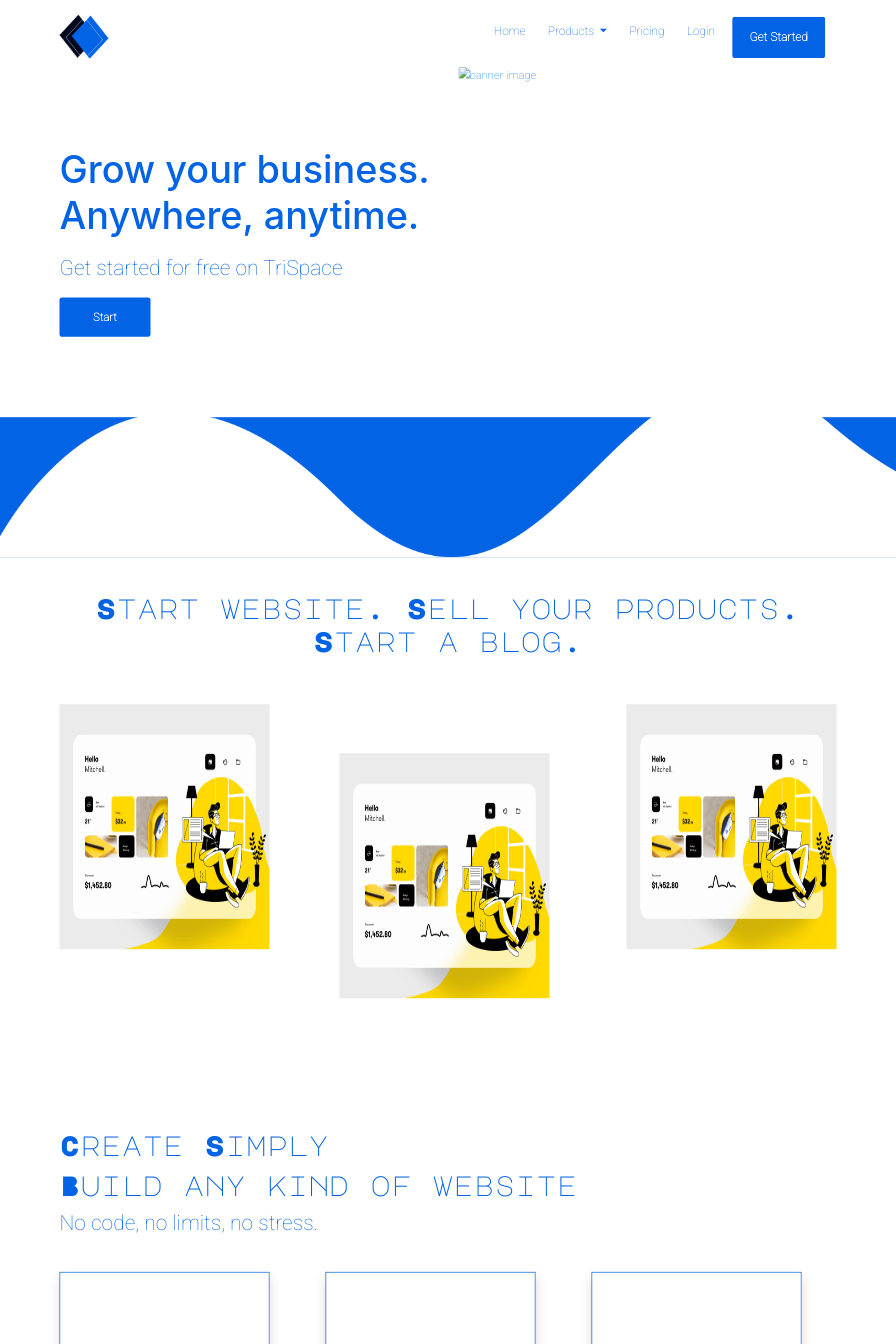
Repository: latenightsnacc/TriSpace
Page: HTML/index.html
An editor plug-in stored every save of this project. The page is shown before and after the next save, followed by the edit.
The browser window is 1280 px wide. The pictures show the part of the page from y = 0 to 1920 px (the page is 5158 px tall), at 70% of full size.
The style sheet was rebuilt from its Sass, Less or Tailwind sources for each picture, by a compiler version that may differ from the author's.

Above is the page before, as saved 2020-11-12 11:09:45.

### HTML/index.html
<!DOCTYPE html>
<html lang="en">
<head>
    <meta charset="UTF-8">
    <meta name="viewport" content="width=device-width, initial-scale=1.0">
    <!--Tailwind CDN-->
    <link rel="stylesheet" href="https://cdnjs.cloudflare.com/ajax/libs/tailwindcss/1.9.6/base.min.css" integrity="sha512-hEjkvMSM0ql6VJcNK0gTmjt9ar8F2yHeBUbJKtyvQhkkbGMhiJ4+MaiB8XxsthLAHJx5vy2I9dN0un8HiWG2LA==" crossorigin="anonymous" />
    <link rel="stylesheet" href="https://cdnjs.cloudflare.com/ajax/libs/tailwindcss/1.9.6/components.min.css" integrity="sha512-TizAONqhvXjEfRPhptSUkZNVU497PzAnXNGNUoeOjeni4dHpJ+ak+ZsyoGna20LH/yg1PvdufN1VbnVQeVDftg==" crossorigin="anonymous" />
    <link rel="stylesheet" href="https://cdnjs.cloudflare.com/ajax/libs/tailwindcss/1.9.6/tailwind.css" integrity="sha512-HY1FOTeAX9idUBWDhVDrBg8QUHBisKVQ4BCVj1jFo5z76mk87w4Rr5YGP8nBkcGmoMzqYvdeXHMOg/olF45z3g==" crossorigin="anonymous" />
    <link rel="stylesheet" href="https://cdnjs.cloudflare.com/ajax/libs/tailwindcss/1.9.6/utilities.min.css" integrity="sha512-0QJfuLKyYJWGB5hKArJW67xqMLDlR8YaLM/ZuW2mRn4NRwHNsGm7UuREc5Fu7jONHyewPKnGODY0N8G+FQbfxg==" crossorigin="anonymous" />
    <!--Bootstrap CDN-->
    <link rel="stylesheet" href="https://cdn.jsdelivr.net/npm/bootstrap@4.5.3/dist/css/bootstrap.min.css" integrity="sha384-TX8t27EcRE3e/ihU7zmQxVncDAy5uIKz4rEkgIXeMed4M0jlfIDPvg6uqKI2xXr2" crossorigin="anonymous">
    <!--Custom Stylesheet-->
    <link rel="stylesheet" href="styles/stylesheet.css">
    <!--Favicon-->
    <link rel="shortcut icon" href="assets/Logo/TriSpaceIcon.png" type="image/x-icon">
    <title>Home</title>
</head>
<body class="mx-auto">
    <!--PreLoader-->
    <div class="loader_bg">
        <div class="loader"></div>
    </div>
    <!--End of PreLoader-->
    <!--Navbar-->
    <nav class="navbar navbar-expand-lg navbar-light fixed-top p-3 mb-5 bg-white rounded" id="navbar">
        <div class="container align-middle">
            <a class="navbar-brand" href="#">
                <img src="assets/Logo/TriSpaceMobileLogo1.png" alt="TriSpace Logo" height="40px" width="70px"/>
            </a>
            <button class="navbar-toggler" type="button" data-toggle="collapse" data-target="#navbarNavDropdown" aria-controls="navbarNavDropdown" aria-expanded="false" aria-label="Toggle navigation">
              <span class="navbar-toggler-icon"></span>
            </button>
            <div class="collapse navbar-collapse" id="navbarNavDropdown">
              <ul class="navbar-nav nav-menu ml-auto align-middle">
                <li class="nav-item active mr-3">
                  <a class="nav-link" href="#">Home</a>
                </li>
                <li class="nav-item dropdown mr-3">
                    <a class="nav-link dropdown-toggle" href="#" id="navbarDropdownMenuLink" role="button" data-toggle="dropdown" aria-haspopup="true" aria-expanded="false">
                      Products
                    </a>
                    <div class="dropdown-menu" aria-labelledby="navbarDropdownMenuLink">
                      <a class="dropdown-item" href="#">Blog</a>
                      <a class="dropdown-item" href="#">Website</a>
                      <a class="dropdown-item" href="#">E-commerce</a>
                      <a class="dropdown-item" href="#">Domain</a>
                      <a class="dropdown-item" href="#">Hosting</a>
                    </div>
                  </li>
                <li class="nav-item mr-3">
                  <a class="nav-link" href="#">Pricing</a>
                </li>
                <li class="nav-item mr-3">
                    <a class="nav-link" href="#">Login</a>
                </li>
                <li class="nav-item mr-3">
                    <a class="nav-link btn blue text-white px-4 py-3 hover:shadow-2xl" href="#">Get Started</a>
                </li>
              </ul>
            </div>
        </div>
    </nav>


    <!-- End of Navbar-->


    <!--Banner-->
    <section class="min-h-screen  mt-5" id="banner">
        <div class="container">
            <div class="row pt-5">
                <!--Banner Text-->
                <div class="col-xs-12 col-s-12 col-md-6 col-lg-6 col-xl-6">
                    <div class="text-box banner-txt">
                        <h1 class="">Grow your business.<br/> Anywhere, anytime.</h1>
                        <h5 class="span-title py-3 text-2l">Get started for free on TriSpace</h5>
                        <button class="blue hover:bg-blue-500 text-white font-bold py-3 px-5 rounded">Start</button>
                    </div>
                </div>
                <!--Banner Image-->
                <div class="col-xs-12 col-s-12 col-md-6 col-lg-6 col-xl-6">
                    <a href="#">
                        <img class="banner-img" src="" alt="banner image"/>
                    </a>
                </div>
            </div>
        </div>
        <!--Wave-->
        <section id="wave" class="wave"></section>
        <section></section>
    </section>

     <!--Services-->
    <section class="min-h-screen mt-5 mb-5" id="services">
        <div class="container">
            <div class="absolute-box">
                <div class="title-box text-center mb-5">
                    <h2 class="section-title pb-5">Start <span class="section-title">website. </span><span class="color">Sell your products.</span><br/><span class="color">Start a blog.</span> </h2>
                </div>
                <div class="images">
                    <div class="img-1 ">
                        <a href="#">
                            <img src="assets/Template-1.jpg" alt="Build a website" />
                        </a>
                    </div>
                    <div class="img-2 motion-reduce:animate-bounce">
                        <a href="#">
                            <img src="assets/Template-1.jpg" alt="Build a website" />
                        </a>
                    </div>
                    <div class="img-3">
                        <a href="#">
                            <img src="assets/Template-1.jpg" alt="Build a website" />
                        </a>
                    </div>
                </div>
            </div>
        </div>
    </section>
    <!--End of Services-->

    <!--Templates-->
    <section class="min-h-screen mt-5 mb-5" id="templates">
        <div class="container">
            <div class="title-box mb-5">
                <h2 class="section-title">Create Simply </h2>
                <h4 class="section-title">Build any kind of website</h4>
                <p class="span-title">No code, no limits, no stress.</p>
            </div>
            <div class="row">
                <div class="col-xs-12 col-s-12 col-md-6 col-lg-4 col-xl-4">
                    <div class="clear-box"></div>
                </div>
                <div class="col-xs-12 col-s-12 col-md-6 col-lg-4 col-xl-4">
                    <div class="clear-box"></div>
                </div>
                <div class="col-xs-12 col-s-12 col-md-6 col-lg-4 col-xl-4">
                    <div class="clear-box"></div>
                </div>
                <div class="col-xs-12 col-s-12 col-md-6 col-lg-4 col-xl-4 mt-5">
                    <div class="clear-box"></div>
                </div>
                <div class="col-xs-12 col-s-12 col-md-6 col-lg-4 col-xl-4 mt-5">
                    <div class="clear-box"></div>
                </div>
                <div class="col-xs-12 col-s-12 col-md-6 col-lg-4 col-xl-4 mt-5">
                    <div class="clear-box"></div>
                </div>
            </div>
        </div>
    </section>
    <!--End of Themes-->

    <!--Themes-->
    <section class="min-h-screen mt-5 mb-5" id="themes">
        <div class="container">
            <div class="title-box">
                <h2 class="section-title">Stand Out <span class="text-4xl span-title">with our responsive professionally designed themes.</h2>
            </div>
            <div class="row">
                <div class="col-xs-12 col-s-12 col-md-6 col-lg-6 col-xl-6">
                    <div id="clr1" class="text-center mt-5">
                    </div>
                </div>
                <div class="col-xs-12 col-s-12 col-md-6 col-lg-6 col-xl-6">
                    <div class="row flex-wrap">
                        <div class="col-xs-12 col-s-12 col-md-12 col-lg-12 col-xl-12">
                            <div id="clr2" class="mt-5">

                            </div>
                        </div>
                        <div class="col-xs-12 col-s-12 col-md-12 col-lg-12 col-xl-12">
                            <div id="clr3">

                            </div>
                        </div>
                    </div>
                </div>
            </div>
        </div>
    </section>
    <!--End of Themes-->

    <section class="min-h-screen mt-5 mb-5" id="services">
        <div class="container">
            <div class="title-box mb-5">
                <h2 class="section-title">We've got you covered.</h2>
                <p>Your website is just the beginning.</p>
            </div>
            <div class="row">
                <div class="col-xs-12 col-s-12 col-md-6 col-lg-6 col-xl-6 bg-blue-500">
                    <div class="clear-box mt-5 mb-5">
                        <h3 class="text-center pt-5">Real support from real people.</h3>
                    </div>
                </div>
                <div class="col-xs-12 col-s-12 col-md-6 col-lg-6 col-xl-6 bg-yellow-500">
                    <div class="clear-box mt-5 mb-5">
                        <h3 class="text-center pt-5">Domain to suit your needs.</h3>
                    </div>
                </div>
                <div class="col-xs-12 col-s-12 col-md-6 col-lg-6 col-xl-6 bg-red-500">
                    <div class="clear-box mt-5 mb-5">
                        <h3 class="text-center pt-5">Plans for everyone</h3>
                    </div>
                </div>
                <div class="col-xs-12 col-s-12 col-md-6 col-lg-6 col-xl-6 bg-blue-300">
                    <div class="clear-box mt-5 mb-5">
                        <h3 class="text-center pt-5">Security Security Security</h3>
                    </div>
                </div>
            </div>
        </div>
    </section>
    <section class="min-h-screen mb-5 " id="pricing">
        <div class="container">
            <div class="title-box mb-5">
                <h2 class="section-title">Start Free </h2>
                <h5> Grow at your own pace.</h5>
            </div>
            <div class="row">
                <div class="col-xs-12 col-s-12 col-md-3 col-lg-3 col-xl-3">
                    <div class="max-w-sm rounded overflow-hidden shadow-lg mb-5 border-2 border-blue-400 price-card">
                        <div class="px-6 py-4">
                          <div class="font-bold text-xl mb-2">Free</div>
                          <p class="text-gray-700 text-base">
                            Lorem ipsum dolor sit amet, consectetur adipisicing elit. Voluptatibus quia, nulla! Maiores et perferendis eaque, exercitationem praesentium nihil.
                          </p>
                        </div>
                        <div class="px-6 pt-4 pb-2">
                          <span class="inline-block bg-gray-200 rounded-full px-3 py-1 text-sm font-semibold text-gray-700 mr-2 mb-2">#photography</span>
                          <span class="inline-block bg-gray-200 rounded-full px-3 py-1 text-sm font-semibold text-gray-700 mr-2 mb-2">#travel</span>
                          <span class="inline-block bg-gray-200 rounded-full px-3 py-1 text-sm font-semibold text-gray-700 mr-2 mb-2">#winter</span>
                        </div>
                      </div>
                </div>
                <div class="col-xs-12 col-s-12 col-md-3 col-lg-3 col-xl-3">
                    <div class="max-w-sm rounded overflow-hidden shadow-md mb-5 border-2 border-blue-400 price-card transition ease-out duration-700 ...">
                        <div class="px-6 py-4">
                          <div class="font-bold text-xl mb-2">The Coldest Sunset</div>
                          <p class="text-gray-700 text-base">
                            Lorem ipsum dolor sit amet, consectetur adipisicing elit. Voluptatibus quia, nulla! Maiores et perferendis eaque, exercitationem praesentium nihil.
                          </p>
                        </div>
                        <div class="px-6 pt-4 pb-2">
                          <span class="inline-block bg-gray-200 rounded-full px-3 py-1 text-sm font-semibold text-gray-700 mr-2 mb-2">#photography</span>
                          <span class="inline-block bg-gray-200 rounded-full px-3 py-1 text-sm font-semibold text-gray-700 mr-2 mb-2">#travel</span>
                          <span class="inline-block bg-gray-200 rounded-full px-3 py-1 text-sm font-semibold text-gray-700 mr-2 mb-2">#winter</span>
                        </div>
                      </div>
                </div>
                <div class="col-xs-12 col-s-12 col-md-3 col-lg-3 col-xl-3">
                    <div class="max-w-sm rounded overflow-hidden shadow-md mb-5 border-2 border-blue-400 price-card" >
                        <div class="px-6 py-4">
                          <div class="font-bold text-xl mb-2">The Coldest Sunset</div>
                          <p class="text-gray-700 text-base">
                            Lorem ipsum dolor sit amet, consectetur adipisicing elit. Voluptatibus quia, nulla! Maiores et perferendis eaque, exercitationem praesentium nihil.
                          </p>
                        </div>
                        <div class="px-6 pt-4 pb-2">
                          <span class="inline-block bg-gray-200 rounded-full px-3 py-1 text-sm font-semibold text-gray-700 mr-2 mb-2">#photography</span>
                          <span class="inline-block bg-gray-200 rounded-full px-3 py-1 text-sm font-semibold text-gray-700 mr-2 mb-2">#travel</span>
                          <span class="inline-block bg-gray-200 rounded-full px-3 py-1 text-sm font-semibold text-gray-700 mr-2 mb-2">#winter</span>
                        </div>
                      </div>
                </div>
                <div class="col-xs-12 col-s-12 col-md-3 col-lg-3 col-xl-3">
                    <div class="max-w-sm rounded overflow-hidden shadow-md price-card">
                        <div class="px-6 py-4">
                          <div class="font-bold text-xl mb-2">The Coldest Sunset</div>
                          <p class="text-gray-700 text-base">
                            Lorem ipsum dolor sit amet, consectetur adipisicing elit. Voluptatibus quia, nulla! Maiores et perferendis eaque, exercitationem praesentium nihil.
                          </p>
                        </div>
                        <div class="px-6 pt-4 pb-2">
                          <span class="inline-block bg-gray-200 rounded-full px-3 py-1 text-sm font-semibold text-gray-700 mr-2 mb-2">#photography</span>
                          <span class="inline-block bg-gray-200 rounded-full px-3 py-1 text-sm font-semibold text-gray-700 mr-2 mb-2">#travel</span>
                          <span class="inline-block bg-gray-200 rounded-full px-3 py-1 text-sm font-semibold text-gray-700 mr-2 mb-2">#winter</span>
                        </div>
                      </div>
                </div>
            </div>
        </div>
    </section>
    <!--SVG BACKGROUND-->
    <svg id="curve" data-name=" Layer 1" xmlns="https://www.w3.org/2000/svg" viewBox= "0 0 1416.99 174.01">
        <defs>
            <style>
                .cls-1{fill: #0263e4;}
            </style>
        </defs>
        <title>Wavy Background</title>
        <path class="cls-1" d="M0,280.8S283.66,59,608.94,163.56s437.93,150.57,808,10.34V309.54H0V280.8Z" transform="translate(0 -135.53)"/>
    </svg>
    <!--End of SVG-->
    <!--Footer-->

        <div class="footer wavy">
            <div class="container">
                <div class="row mx-auto">
                    <div class="col-xs-6 col-s-6 col-md-3 col-lg-3 col-xl-3">
                        <ul class="footer-menu">
                            <li>
                                <a href="#" class="text-white footer-link">Lorem</a>
                            </li>
                            <li>
                                <a href="#" class="text-white footer-link">Lorem</a>
                            </li>
                            <li>
                                <a href="#" class="text-white footer-link">Lorem</a>
                            </li>
                            <li>
                                <a href="#" class="text-white footer-link">Lorem</a>
                            </li>
                        </ul>
                    </div>
                    <div class="col-xs-6 col-s-6 col-md-3 col-lg-3 col-xl-3">
                        <ul class="footer-menu">
                            <li>
                                <a href="#" class="text-white footer-link">Lorem</a>
                            </li>
                            <li>
                                <a href="#" class="text-white footer-link">Lorem</a>
                            </li>
                            <li>
                                <a href="#" class="text-white footer-link">Lorem</a>
                            </li>
                            <li>
                                <a href="#" class="text-white footer-link">Lorem</a>
                            </li>
                        </ul>
                    </div>
                    <div class="col-xs-6 col-s-6 col-md-3 col-lg-3 col-xl-3">
                        <ul class="footer-menu">
                            <li>
                                <a href="#" class="text-white footer-link">Lorem</a>
                            </li>
                            <li>
                                <a href="#" class="text-white footer-link">Lorem</a>
                            </li>
                            <li>
                                <a href="#" class="text-white footer-link">Lorem</a>
                            </li>
                            <li>
                                <a href="#" class="text-white footer-link">Lorem</a>
                            </li>
                        </ul>
                    </div>
                    <div class="col-xs-6 col-s-6 col-md-3 col-lg-3 col-xl-3">
                        <ul class="footer-menu">
                            <li>
                                <a href="#" class="text-white footer-link">Lorem</a>
                            </li>
                            <li>
                                <a href="#" class="text-white footer-link">Lorem</a>
                            </li>
                            <li>
                                <a href="#" class="text-white footer-link">Lorem</a>
                            </li>
                            <li>
                                <a href="#" class="text-white footer-link">Lorem</a>
                            </li>
                        </ul>
                    </div>
                </div>
                <p class="text-center text-white py-3">&copy; TriSpace. Powered by TriSpace</p>
            </div>
        </div>



    <!--Bootstrap Scripts-->
    <script src="https://code.jquery.com/jquery-3.5.1.slim.min.js" integrity="sha384-DfXdz2htPH0lsSSs5nCTpuj/zy4C+OGpamoFVy38MVBnE+IbbVYUew+OrCXaRkfj" crossorigin="anonymous"></script>
    <script src="https://cdn.jsdelivr.net/npm/popper.js@1.16.1/dist/umd/popper.min.js" integrity="sha384-9/reFTGAW83EW2RDu2S0VKaIzap3H66lZH81PoYlFhbGU+6BZp6G7niu735Sk7lN" crossorigin="anonymous"></script>
    <script src="https://cdn.jsdelivr.net/npm/bootstrap@4.5.3/dist/js/bootstrap.min.js" integrity="sha384-w1Q4orYjBQndcko6MimVbzY0tgp4pWB4lZ7lr30WKz0vr/aWKhXdBNmNb5D92v7s" crossorigin="anonymous"></script>
    <script src="js/main.js"></script>
    <script>
        setTimeout(function(){
            $('.loader_bg').fadeToggle();
        }, 2500);
    </script>
</body>
</html>

### HTML/styles/stylesheet.scss
@import'variables';

*{
    box-sizing: border-box;
    margin: 0;
    padding: 0;
    text-decoration: none;
    list-style: none;
    font-family: $font3;
    button {
        outline: none;
    }
    a {
        text-decoration: none;
        &:hover {
            text-decoration: none;
        }
    }

    button {
        font-family: $font3;
    }
}

.navbar-light .navbar-nav .active>.nav-link, .navbar-light .navbar-nav .nav-link.active, .navbar-light .navbar-nav .nav-link.show, .navbar-light .navbar-nav .show>.nav-link, .nav-link, .dropdown-item {
    color: $blue !important;
    font-weight: 500;
    font-size: 17px;

    &:hover {
        text-transform: uppercase;


    }
}
a.btn {
    color: white !important;
    padding: 10px 40px;
    font-weight: bold;
    &:hover {
        text-transform: capitalize;
    }

}
.banner-txt {
    h1 {
        font-size: 54px;
        color: $blue;
        font-family: $font;
    }

}
img.banner-img {
    width: 400px;
    height: 500px;
}
.text-box {
    display: flex;
    flex-direction: column;
    height: 100%;
    justify-content: center;
    align-items: flex-start;
}
.section-title, span.color {
    font-size: 40px;
    font-family: $font2;
    color: $blue;

}
.span-title {
    font-family: $font3;
    font-size: 30px;
    color: $blue;
}
.absolute-box {
    position: relative;
    .images {
        position: absolute;
        width: 100%;
        height: 100%;

        img {
            width: 300px;
            height: 350px;
        }

        .img-1 {
            position: absolute;
            top: -30px;
            left: 0px;

        }
        .img-2 {
            position: absolute;
            top: 40px;
            left: 400px;

        }
        .img-3 {
            position: absolute;
            top: -30px;
            right: 0px;

        }
    }
}
#clr1 {
    background-color: $blue;
    width: 100%;
    height: 600px;
    border: 1px solid $blue;
    box-shadow: 0 .5rem 1rem rgba(0,0,0,.15)!important;
}
#clr2 {
    background-color: $yellow;
    width: 100%;
    height: 300px;
    border: 1px solid $yellow;
    margin-bottom: 30px;
    box-shadow: 0 .5rem 1rem rgba(0,0,0,.15)!important;
}
#clr3 {
    background-color: $red;
    width: 100%;
    height: 270px;
    border: 1px solid $red;
    box-shadow: 0 .5rem 1rem rgba(0,0,0,.15)!important;
}
.clear-box {
    width: 300px;
    height: 250px;
    border: 1px solid $blue;
    box-shadow: 0 .5rem 1rem rgba(0,0,0,.15)!important;
}

.price-card {
    border: 1px solid $blue;
    &:hover {
        border: 2px solid $blue;
        transition: all border 1000ms ease-in ;
    }
}

.wavy {
    position: relative;
    background: $blue;
    width: 100%;
    overflow: hidden;

}

#topcurve {
    position: absolute;
    bottom: 0;
    width: 100%;
}

#topcurve path {
    fill: $yellow;
}
.blue {
    background-color: $blue;
    color: $primary;
}
section.wave {
    width: 100%;
    min-height: 200px;
}
.wave {
    position: relative;
    background: $blue;
    &::before {
        content: '';
        position: absolute;
        bottom: 0;
        left: 0;
        width: 100%;
        height: 250px;
        background: url('/HTML/assets/wave.png') ;
        background-size: cover;
    }

}

Loaded but not shown: HTML/js/main.js (30 lines, source omitted); HTML/styles/_variables.scss (14 lines, source omitted)

After the next save:
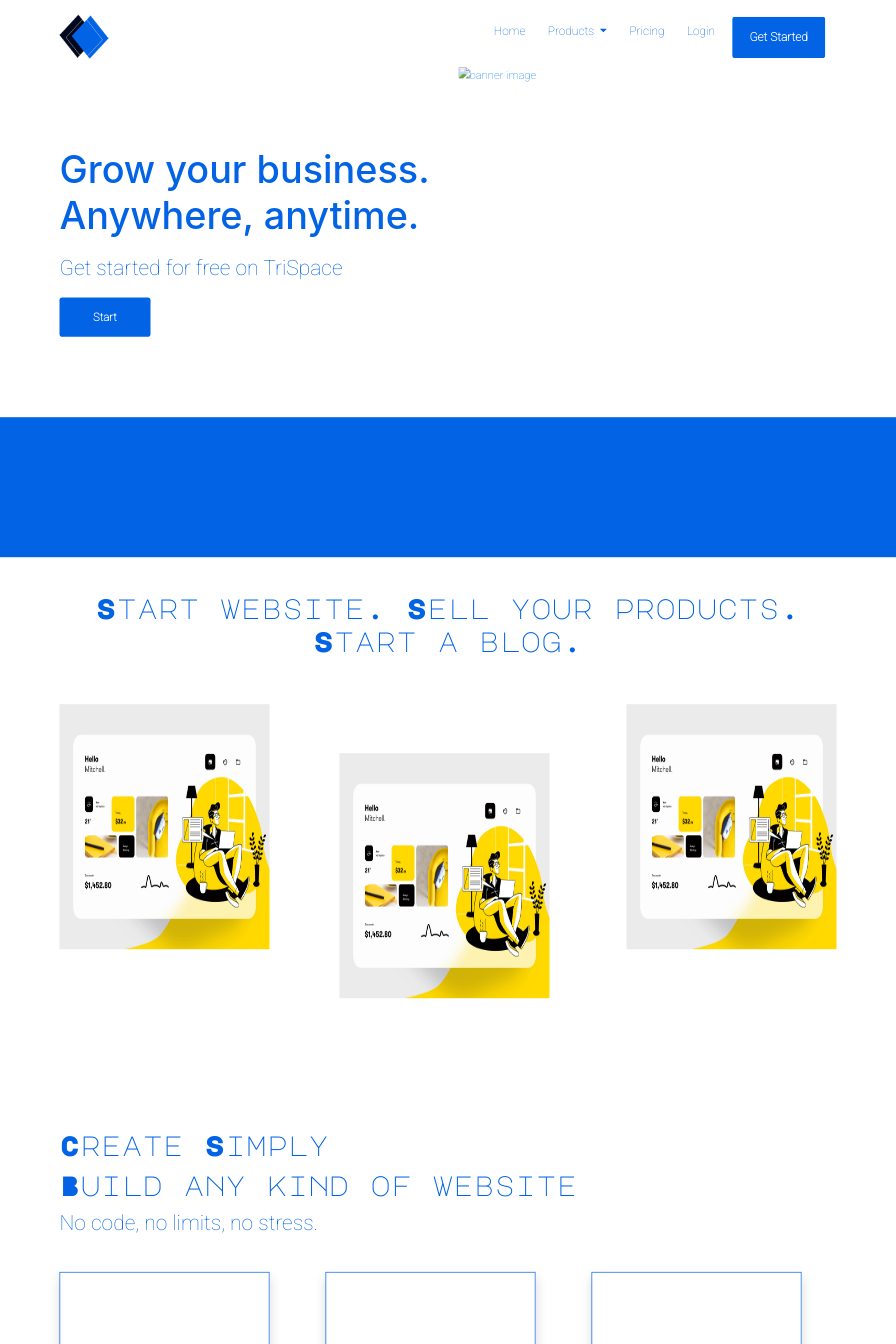
Not found: HTML/asset/line.png
Saved 3 min 12 s later.
--- a/HTML/styles/stylesheet.scss
+++ b/HTML/styles/stylesheet.scss
@@ -176,7 +176,7 @@ section.wave {
         left: 0;
         width: 100%;
         height: 250px;
-        background: url('/HTML/assets/wave.png') ;
+        background: url('/HTML/asset/line.png') ;
         background-size: cover;
     }
 
